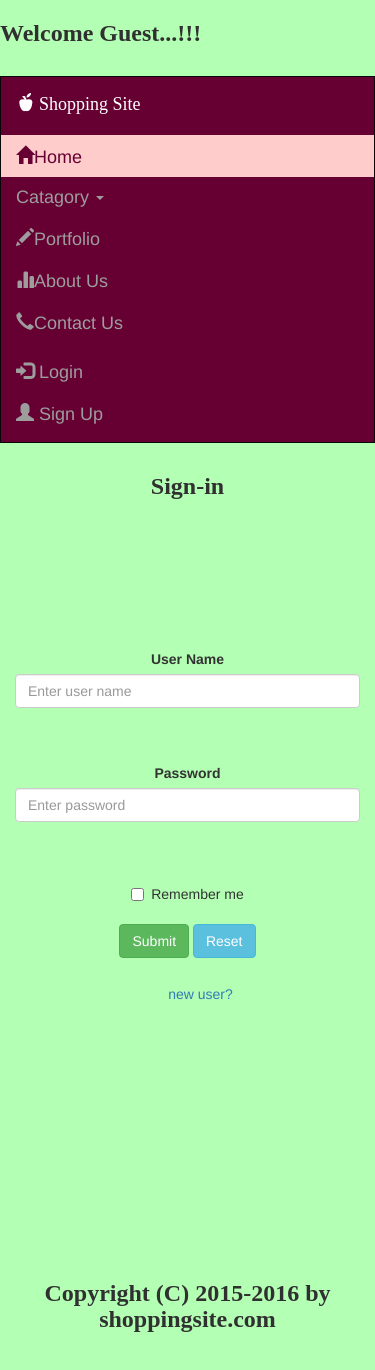
Repository: priyasuthakar/priya
Page: http://localhost/Apple/WEB-INF/views/login.jsp
An editor plug-in stored every save of this project. The page is shown before and after the next save, followed by the edit.
The browser window is 375 px wide. The pictures show the whole page.
The page is served by Tomcat 9. Nobody is signed in. The template is opened directly, without the code that normally fills it, so the values that code supplies are empty.

Above is the page before, as saved 2016-08-25 16:20:46.

After the next save:
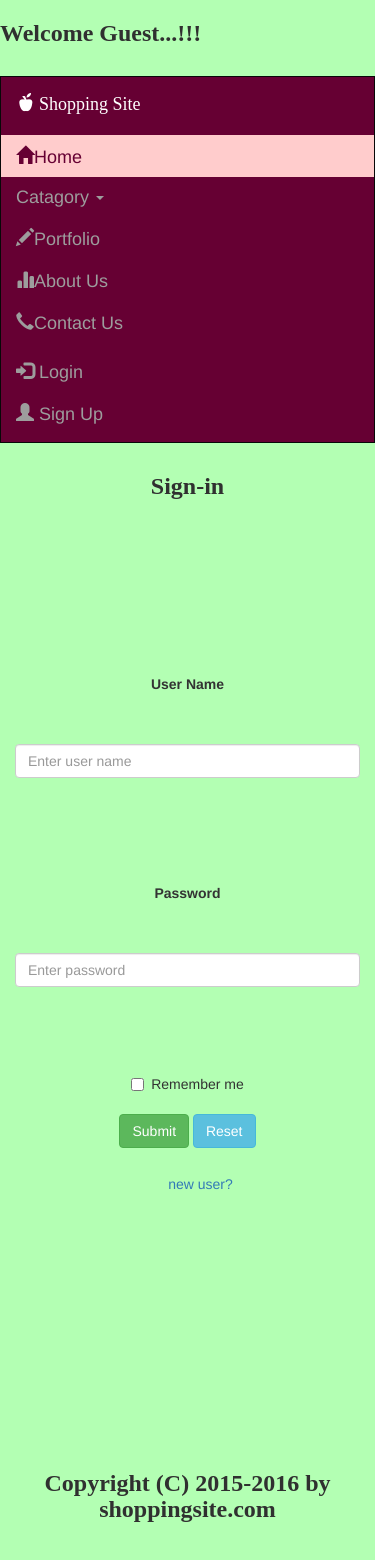
Saved 12 s later.
--- a/Apple/src/main/webapp/WEB-INF/views/login.jsp
+++ b/Apple/src/main/webapp/WEB-INF/views/login.jsp
@@ -59,6 +59,23 @@ footer .glyphicon {
 	font-size: 24px;
 	margin-bottom: 20px;
 	color: #660033;
+}
+
+@media screen and (max-width: 768px) {
+	.col-lg-4 {
+		text-align: center;
+		margin: 25px 0;
+	}
+	.btn-lg {
+		width: 100%;
+		margin-bottom: 35px;
+	}
+}
+
+@media screen and (max-width: 480px) {
+	.logo {
+		font-size: 150px;
+	}
 }
 </style>
 
